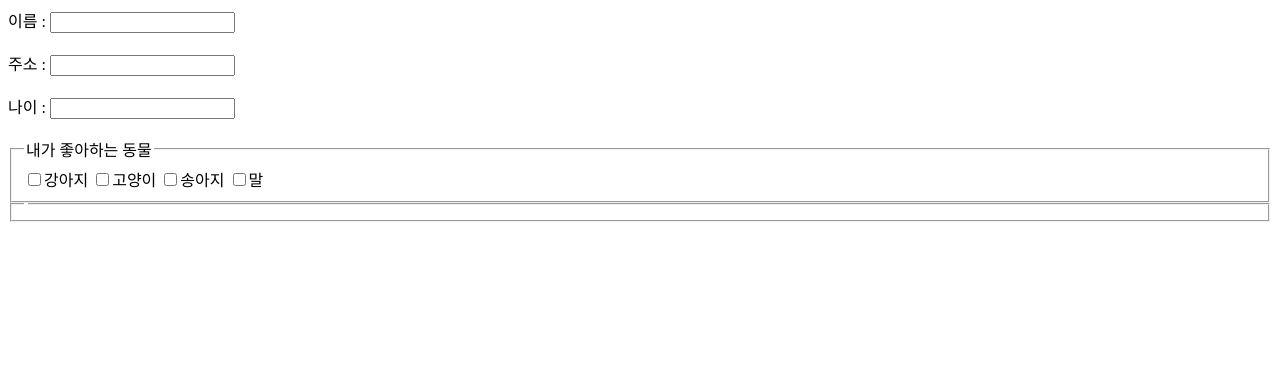
Repository: HyoJun-A/jsp
Page: practice01/WebContent/input.html
The author's editor kept a copy of each file at every save. The page is drawn from the files as they stood at one save, then again after the next save.
The browser window is 1280 px wide. The pictures show the whole page.

Above is the page before, as saved 2022-10-17 07:03:56.

After the next save:
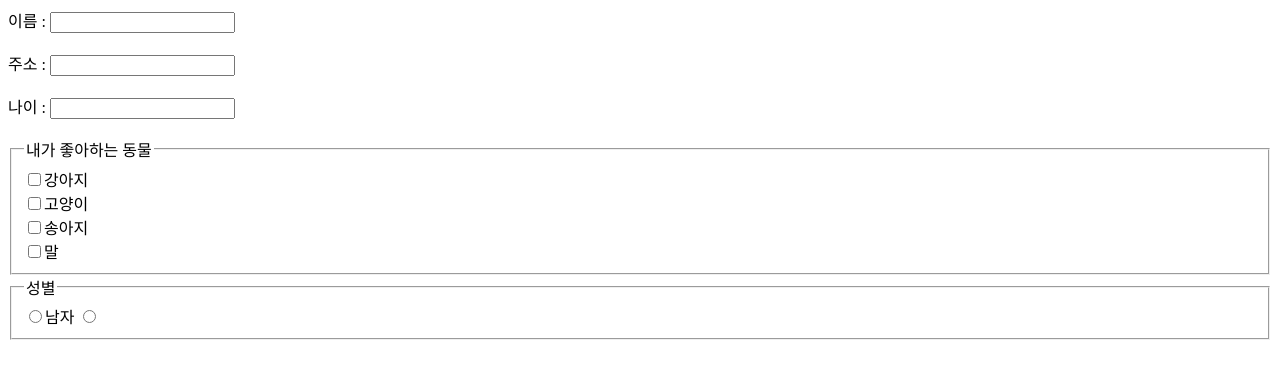
Saved 56 s later.
--- a/practice01/WebContent/input.html
+++ b/practice01/WebContent/input.html
@@ -11,13 +11,15 @@
 	나이 : <input type="number" name="age"><br><br>
 	<fieldset>
 		<legend>내가 좋아하는 동물</legend>
-		<input type="checkbox" name="pet" value="dog" />강아지
-		<input type="checkbox" name="pet" value="cat" />고양이
-		<input type="checkbox" name="pet" value="cow" />송아지
-		<input type="checkbox" name="pet" value="horse" />말
+		<input type="checkbox" name="pet" value="dog" />강아지<br>
+		<input type="checkbox" name="pet" value="cat" />고양이<br>
+		<input type="checkbox" name="pet" value="cow" />송아지<br>
+		<input type="checkbox" name="pet" value="horse" />말<br>
 	</fieldset>
 	<fieldset>
-		<legend></legend>
+		<legend>성별</legend>
+		<input type="radio" name="male" value="M" />남자
+		<input type="radio" name="male" value
 	</fieldset>
 </form>
 </body>
